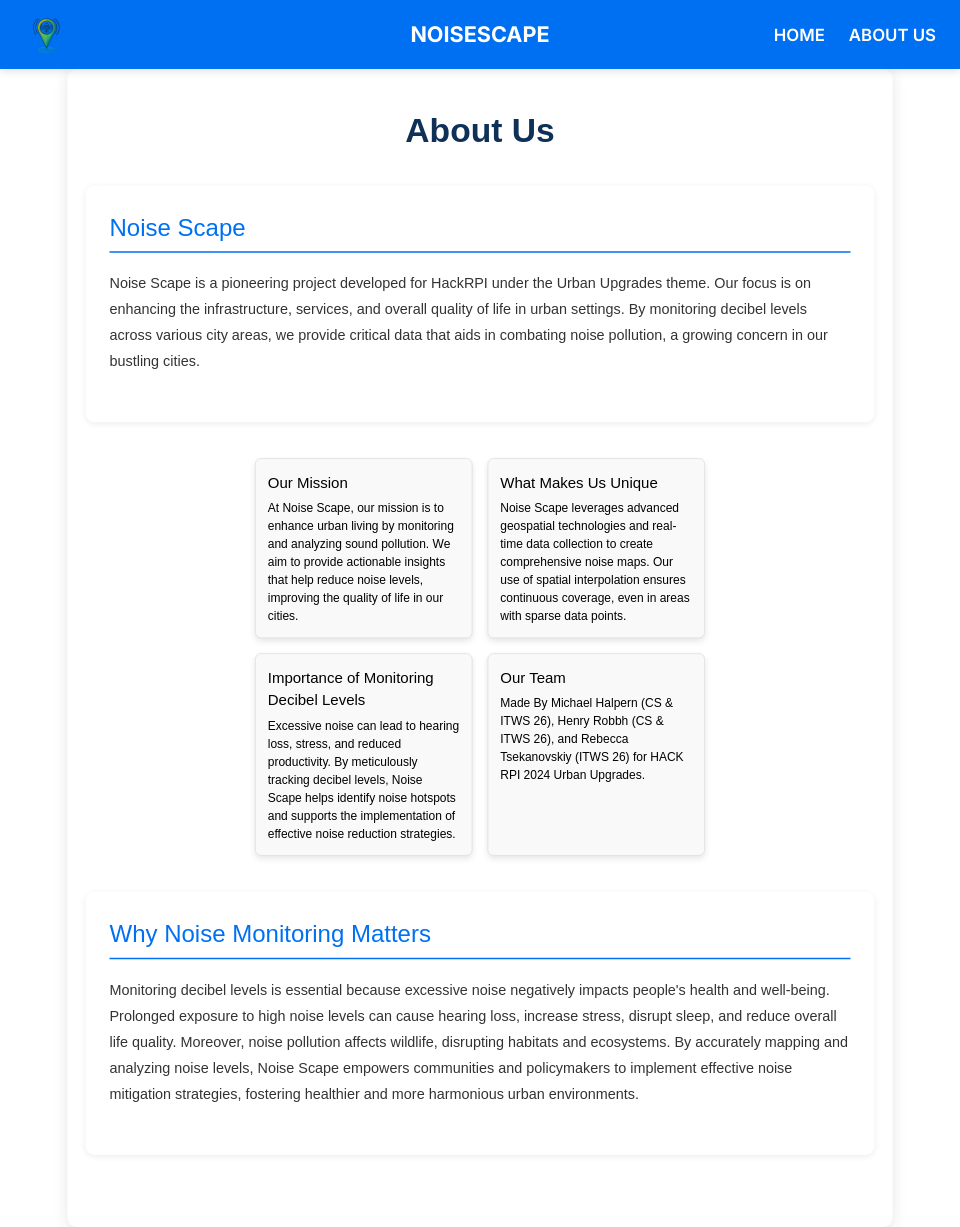
Repository: michaelhelper/HackRPI24
Page: /aboutUs (app in nextjs-dashboard/)
An editor plug-in stored every save of this project. The page is shown before and after the next save, followed by the edit.
The browser window is 1280 px wide. The pictures show the whole page, at 75% of full size.
Some web fonts or font styles are not loaded; a fallback is used. The project was rebuilt for these pictures with package versions that can differ from the ones it lists, and the page was loaded fresh each time. The framework's server and built-in components were replaced by stand-ins that run in the browser. Also part of the build but not shown: nextjs-dashboard/next.config.ts.

Above is the page before, as saved 2024-11-10 10:54:55.

After the next save:
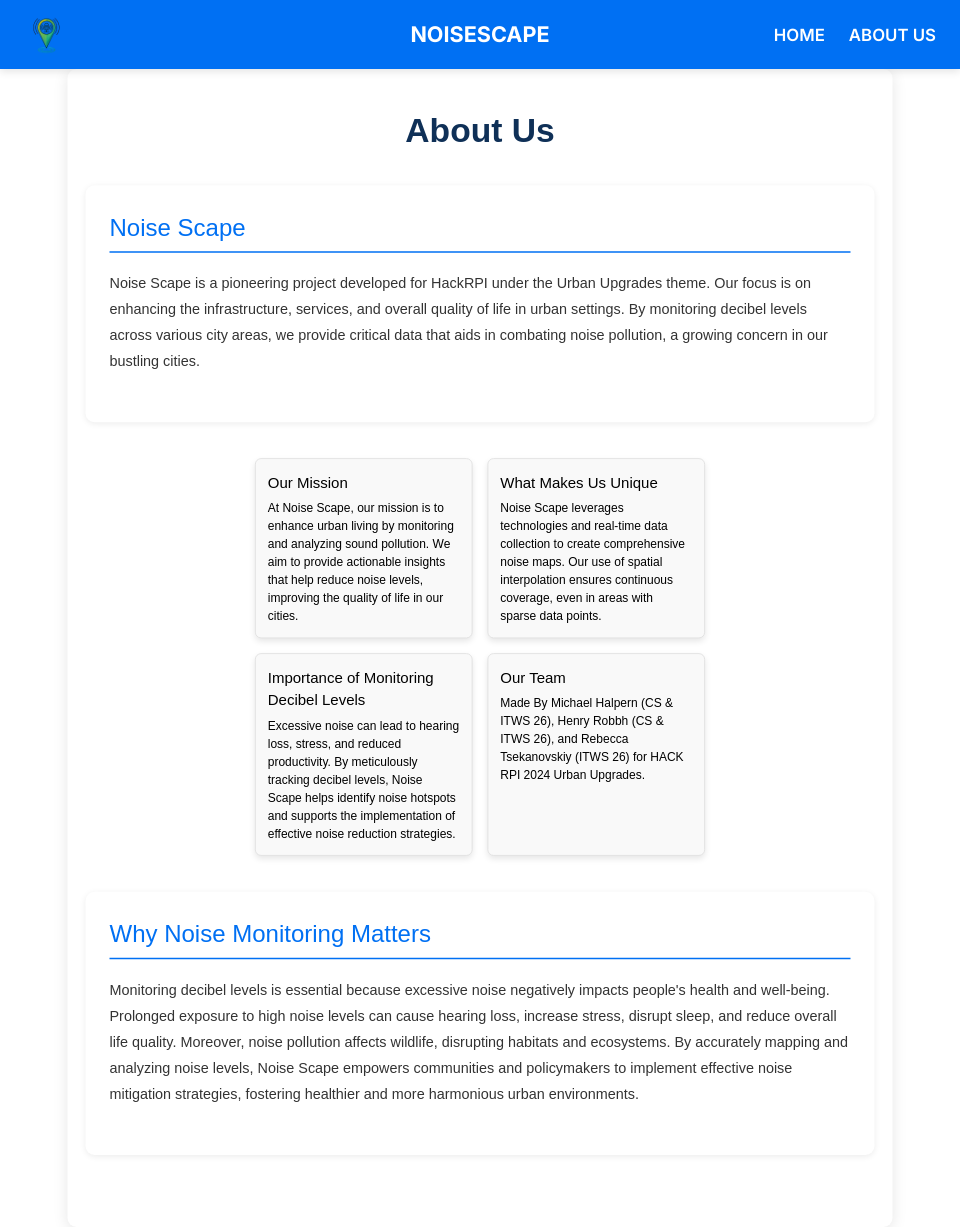
Saved 3 min 15 s later.
--- a/nextjs-dashboard/app/aboutus.tsx
+++ b/nextjs-dashboard/app/aboutus.tsx
@@ -15,7 +15,7 @@ const AboutUs: React.FC = () => {
     {
       title: 'What Makes Us Unique',
       content:
-        'Noise Scape leverages advanced geospatial technologies and real-time data collection to create comprehensive noise maps. Our use of spatial interpolation ensures continuous coverage, even in areas with sparse data points.',
+        'Noise Scape leverages  technologies and real-time data collection to create comprehensive noise maps. Our use of spatial interpolation ensures continuous coverage, even in areas with sparse data points.',
     },
     {
       title: 'Importance of Monitoring Decibel Levels',
